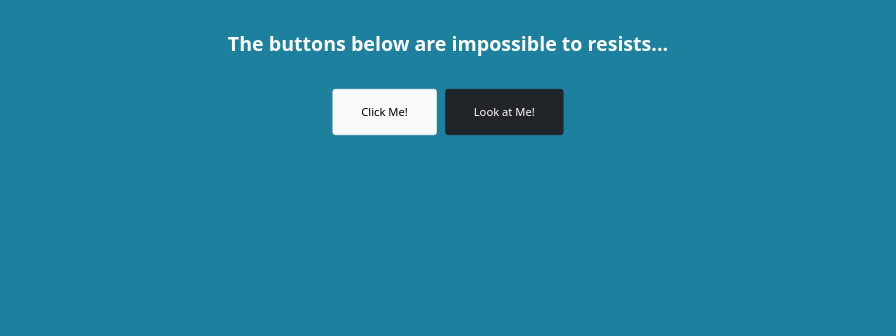
Repository: hoangpino/VE_FE_FrameWork_005
Page: lab06/index.html
The author's editor kept a copy of each file at every save. The page is drawn from the files as they stood at one save, then again after the next save.
The browser window is 1280 px wide. The pictures show the part of the page from y = 4140 to 6060 px (the page is 4620 px tall before and 6060 px after), at 70% of full size.
Backgrounds fixed to the window are drawn as part of the page.

Above is the page before, as saved 2021-10-05 20:00:16.

After the next save:
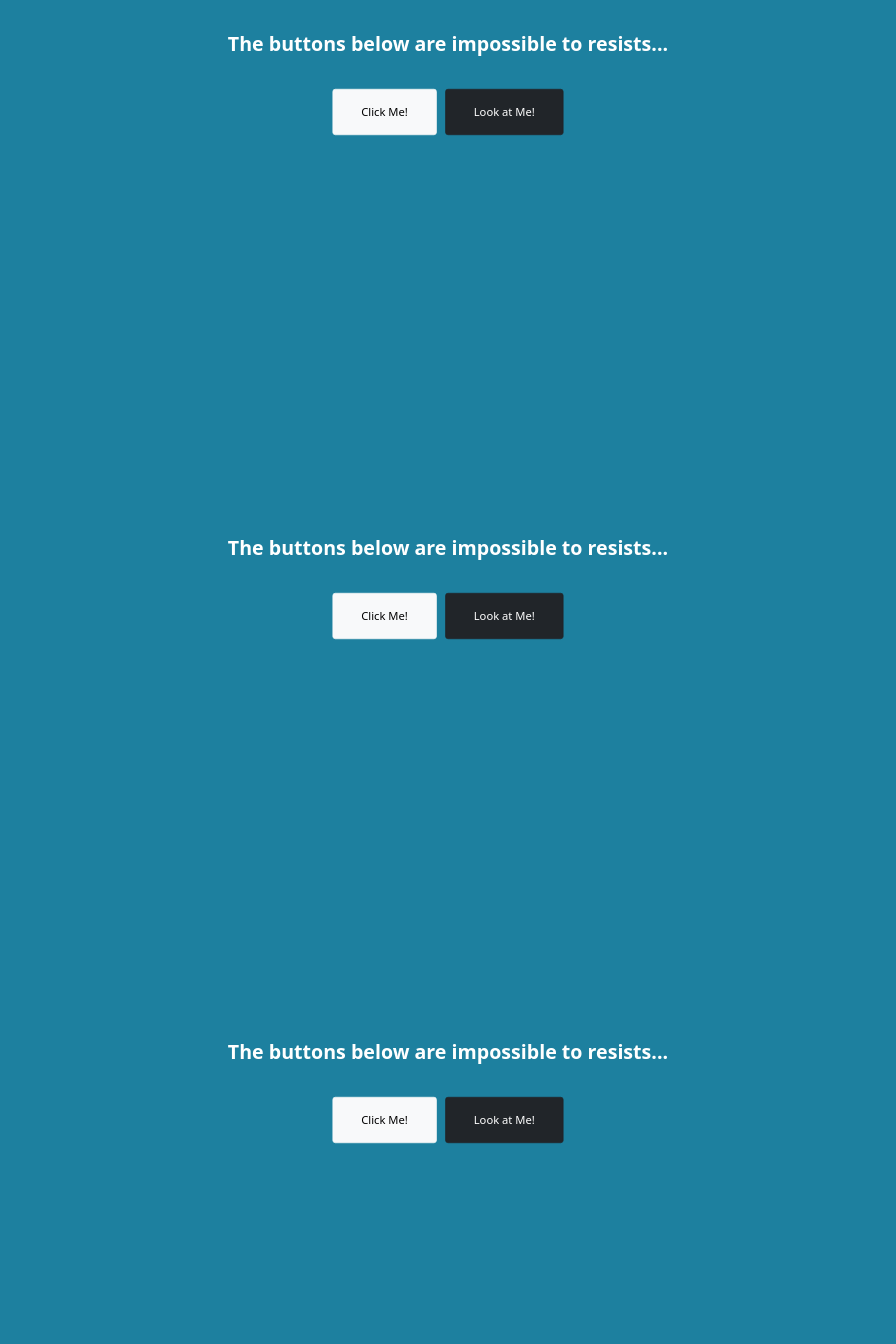
Saved 19 s later.
--- a/lab06/index.html
+++ b/lab06/index.html
@@ -168,6 +168,26 @@
         </div>
     </section>
 
+    <!-- Action -->
+    <section class="d-flex align-items-center" id="action">
+        <div class="container px-4-lg-5 text-center">
+            <h3 class="mb-5">The buttons below are impossible to resists...</h3>
+            <a href="#map" class="btn btn-light btn-xl mx-1">Click Me!</a>
+            <a href="#footer" class="btn btn-dark btn-xl mx-1">Look at Me!</a>
+        </div>
+    </section>
+
+    <!-- Action -->
+    <section class="d-flex align-items-center" id="action">
+        <div class="container px-4-lg-5 text-center">
+            <h3 class="mb-5">The buttons below are impossible to resists...</h3>
+            <a href="#map" class="btn btn-light btn-xl mx-1">Click Me!</a>
+            <a href="#footer" class="btn btn-dark btn-xl mx-1">Look at Me!</a>
+        </div>
+    </section>
+
+
+
     <script src="https://cdn.jsdelivr.net/npm/bootstrap@5.1.1/dist/js/bootstrap.bundle.min.js"
         integrity="sha384-/bQdsTh/da6pkI1MST/rWKFNjaCP5gBSY4sEBT38Q/9RBh9AH40zEOg7Hlq2THRZ"
         crossorigin="anonymous"></script>
